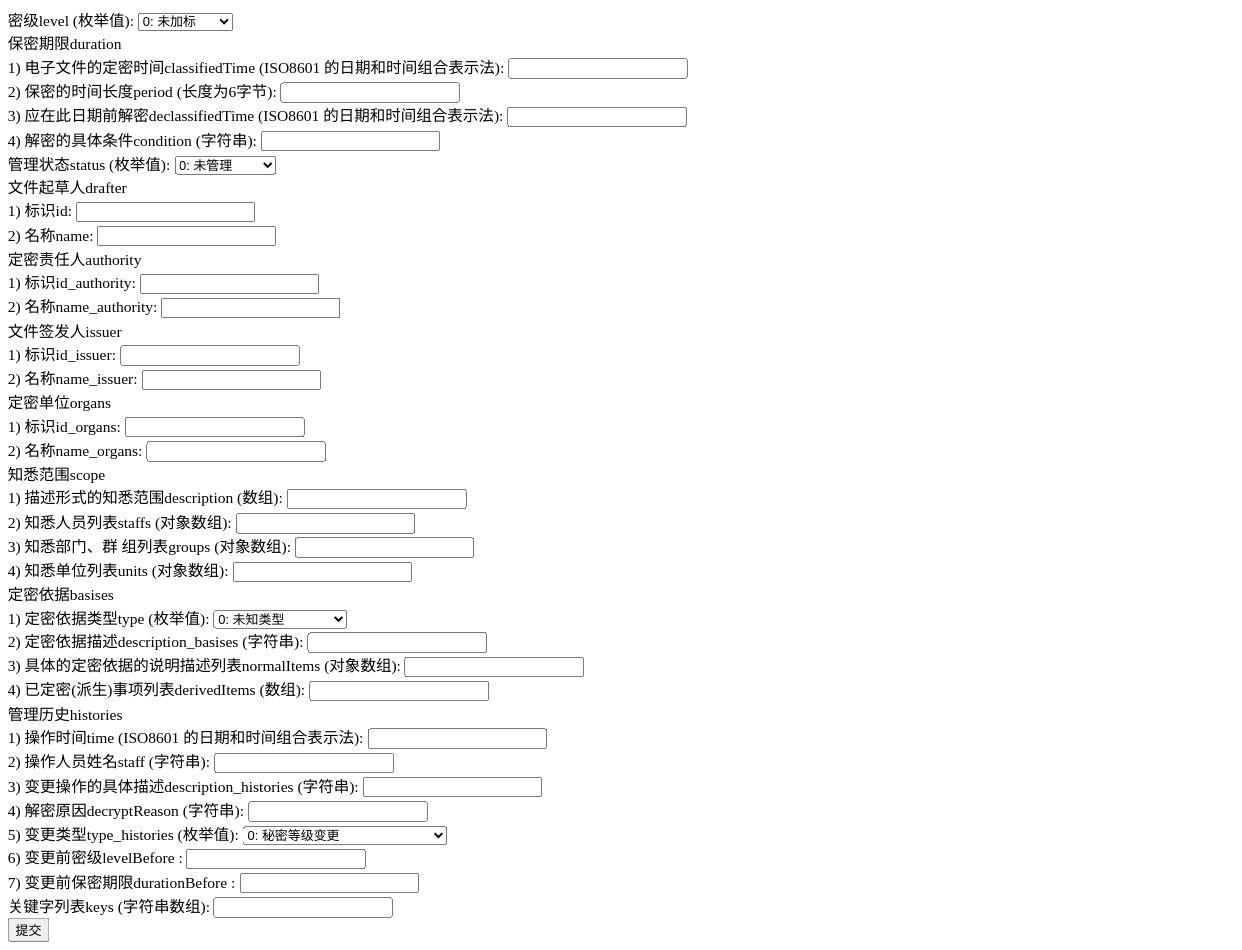
Repository: karlinglee93/eclipse-workspace
Page: jsp_test/WebContent/test.html
An editor plug-in stored every save of this project. The page is shown before and after the next save, followed by the edit.
The browser window is 1280 px wide. The pictures show the whole page, at 97% of full size.

Above is the page before, as saved 2018-07-04 09:20:12.

After the next save:
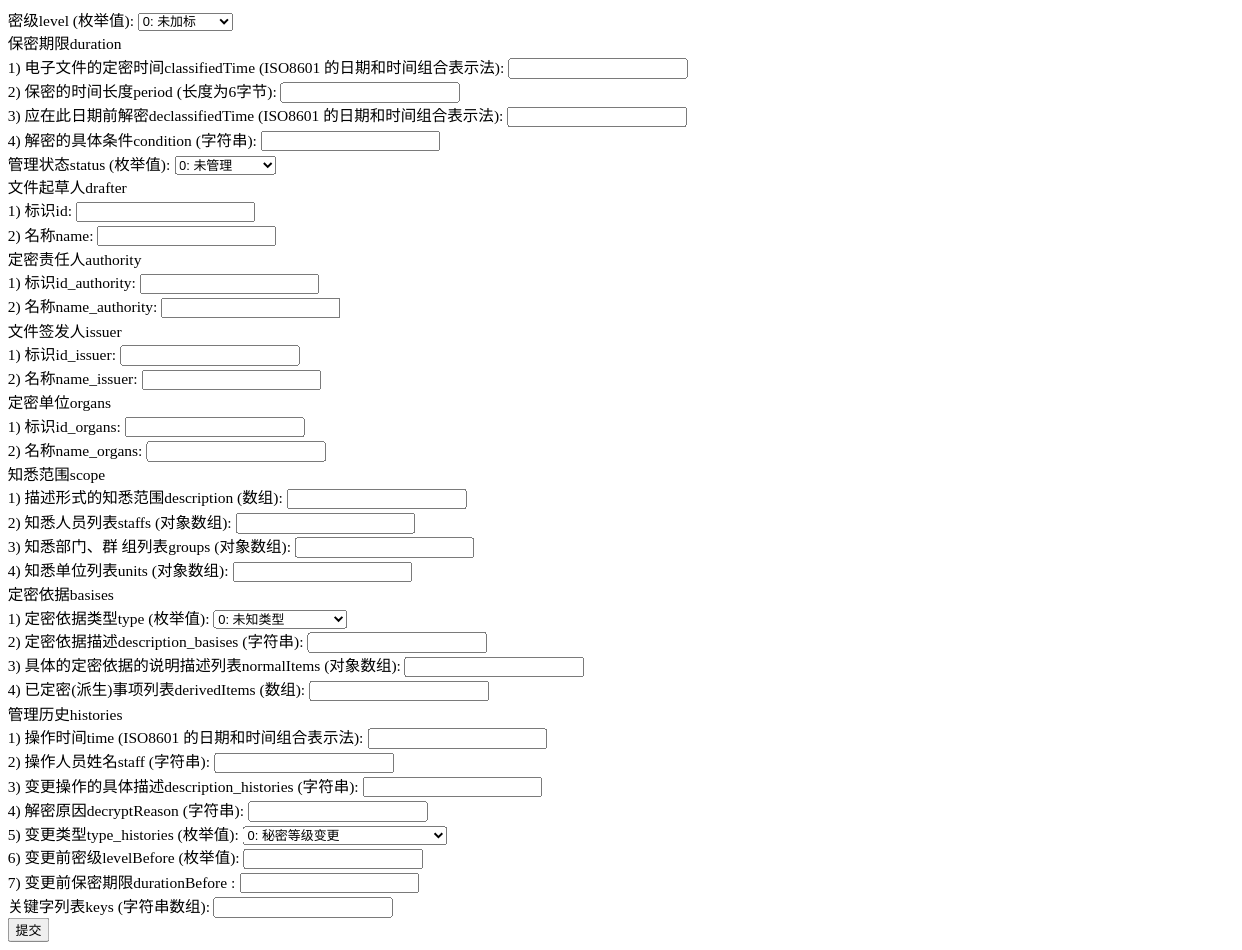
Saved 94 s later.
--- a/jsp_test/WebContent/test.html
+++ b/jsp_test/WebContent/test.html
@@ -157,7 +157,7 @@
 <option value="3">3: 秘密等级变更及保密期限变更</option>
 </select>
 <br />
-6) 变更前密级levelBefore :
+6) 变更前密级levelBefore (枚举值):
 <input type="text" name="levelBefore" />
 <br />
 7) 变更前保密期限durationBefore :
